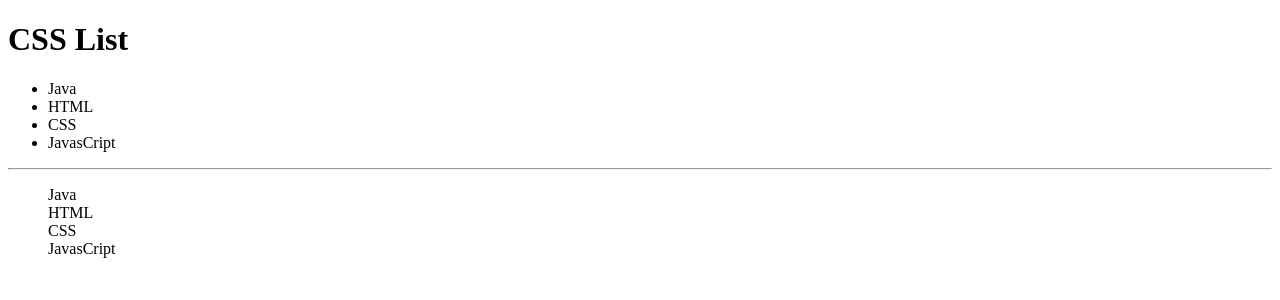
Repository: XenosJM/WEB_CODES
Page: Web02_CSS/src/main/webapp/09_list.html
An editor plug-in stored every save of this project. The page is shown before and after the next save, followed by the edit.
The browser window is 1280 px wide. The pictures show the whole page.

Above is the page before, as saved 2024-03-20 01:02:14.

After the next save:
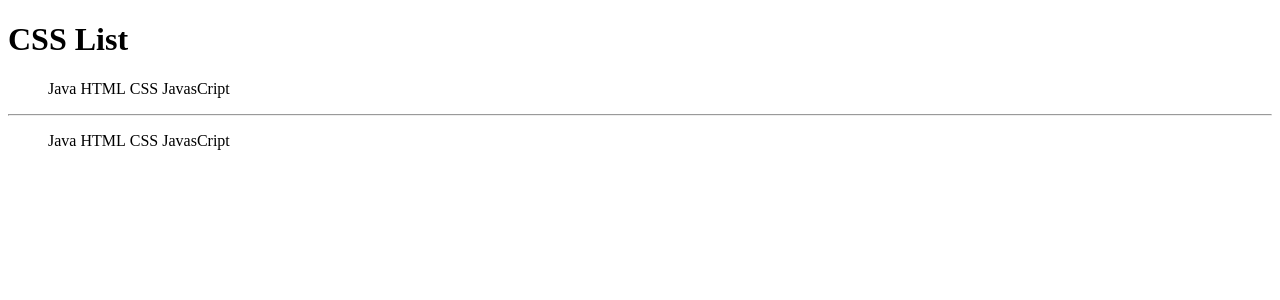
Saved 69 s later.
--- a/Web02_CSS/src/main/webapp/09_list.html
+++ b/Web02_CSS/src/main/webapp/09_list.html
@@ -5,6 +5,11 @@
 <style type="text/css">
 #menu {
 	list-style-type : none;
+}
+
+/* 부모요소 자식요소 */
+li {
+	display:inline-block;
 }
 </style>
 <title>CSS List</title>
